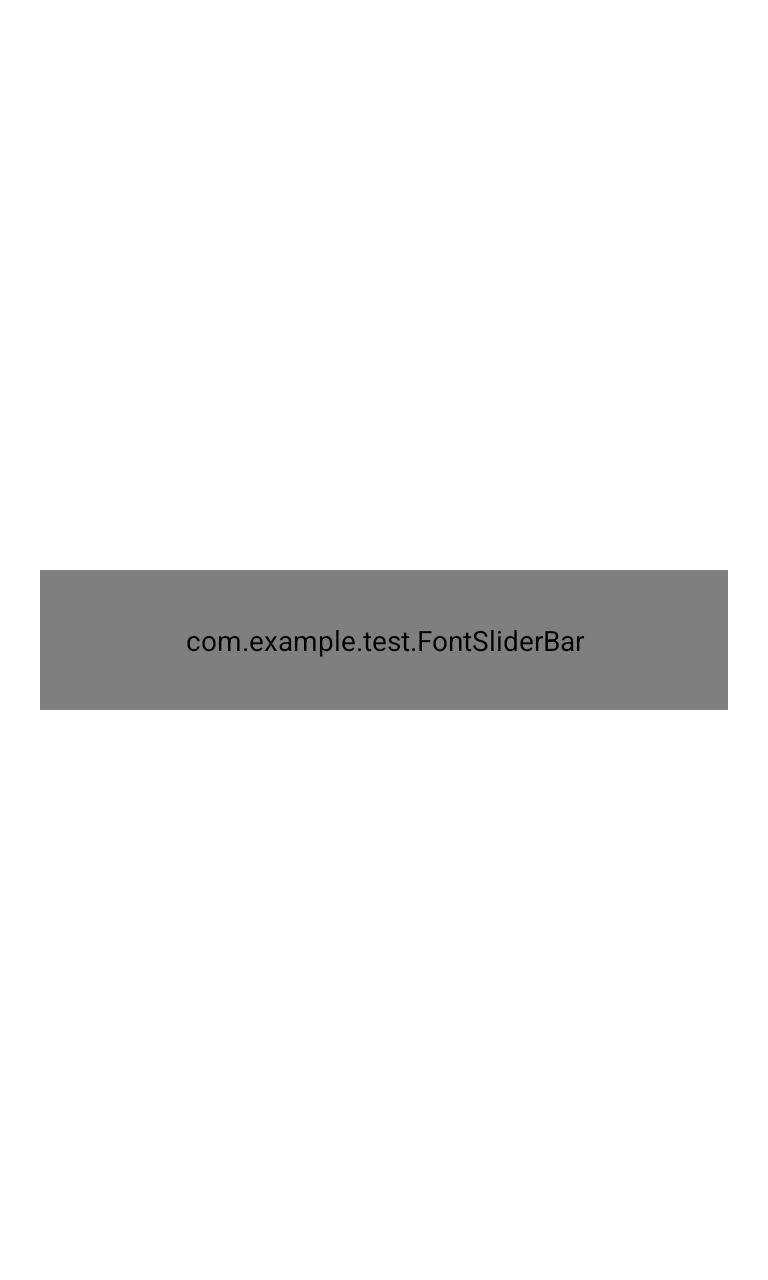
Repository: MichaelChansn/HostAndSlave
Layout: Test/res/layout/activity_main.xml
An editor plug-in stored every save of this project. The layout is shown before and after the next save, followed by the edit.
Pictures or frames that could not be fetched are drawn as grey boxes. It is drawn on a 768 x 1280 px phone screen (xhdpi) without system bars, with theme AppTheme; the app's code is not run.

Above is the layout before, as saved 2016-08-22 11:27:51.

After the next save:
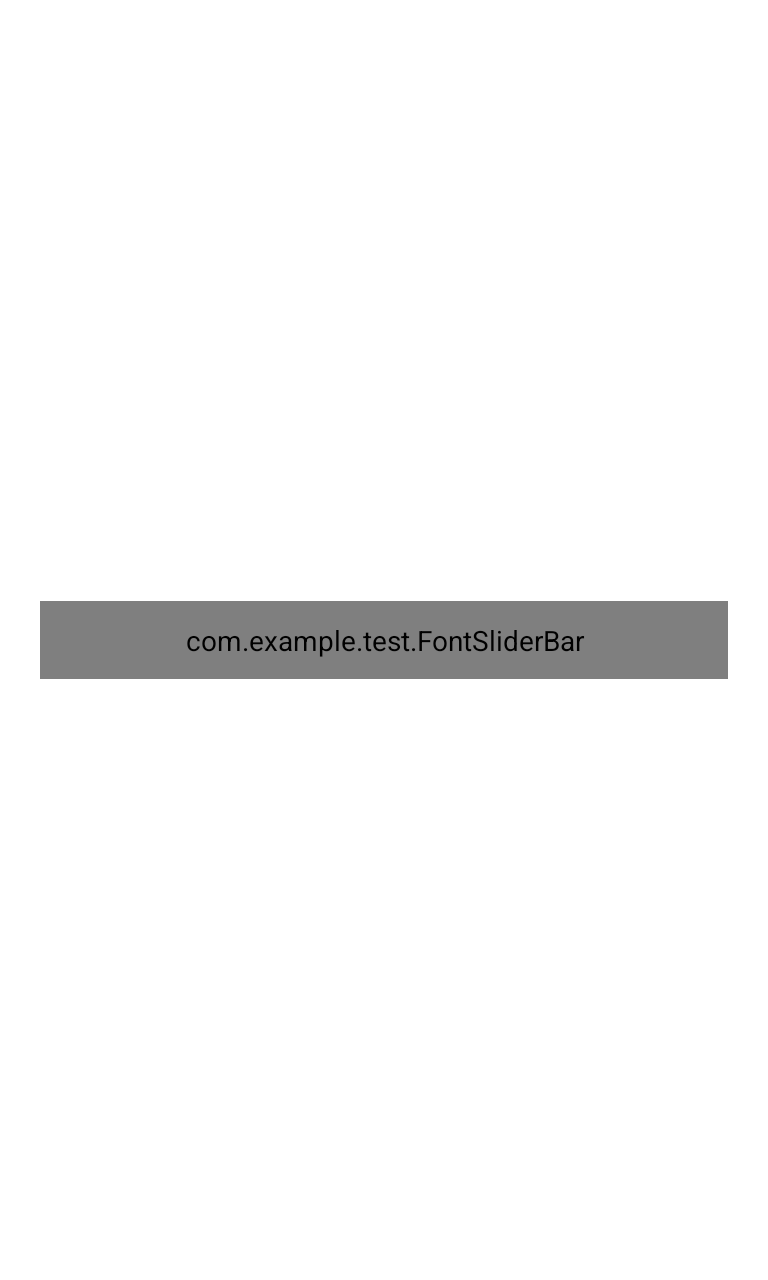
Saved 25 s later.
--- a/Test/res/layout/activity_main.xml
+++ b/Test/res/layout/activity_main.xml
@@ -17,7 +17,7 @@
         android:id="@+id/sliderbar"
         android:layout_centerVertical="true"
         android:layout_width="match_parent"
-        android:layout_height="70dp"
+        android:layout_height="wrap_content"
         android:layout_marginLeft="20dp"
         android:layout_marginRight="20dp"
         android:paddingLeft="10dp"
